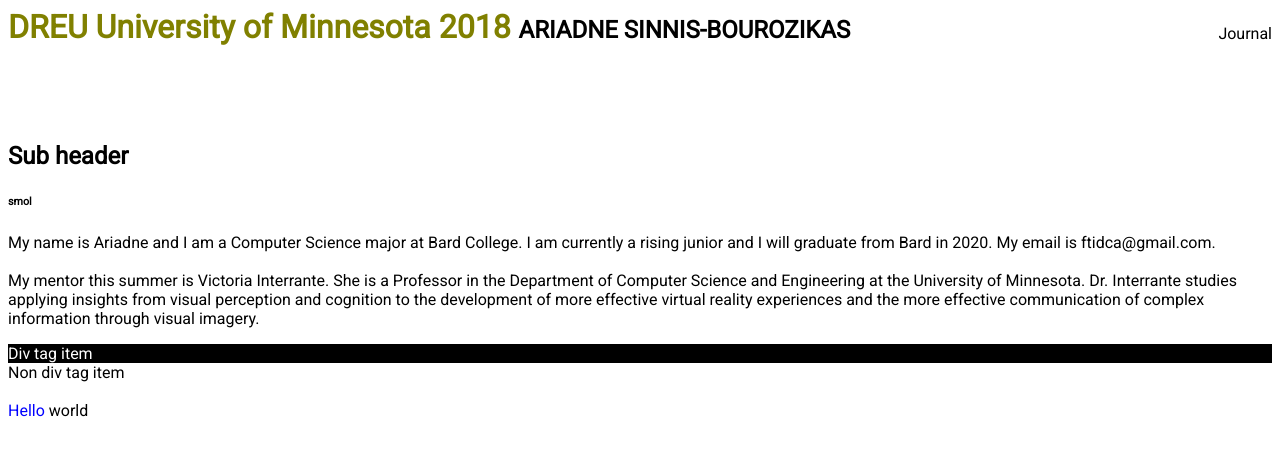
Repository: ariadnesb/dreu2018
Page: index.html
The author's editor kept a record of every edit. The page is drawn from the files as they stood at one moment, then again after the next edit.
The browser window is 1280 px wide. The pictures show the whole page.

Above is the page before.

### index.html
<!DOCTYPE html>
<html>
    <head>
        <title>It's me</title>
        <link rel="stylesheet" href="styles.css">
        <link href="https://fonts.googleapis.com/css?family=Roboto" rel="stylesheet">
    </head>

    <body>
        <div id="header">
            <h1>DREU University of Minnesota 2018 </h1>
            <h2>ARIADNE SINNIS-BOUROZIKAS</h2>

            <ul class="nav-bar">
                <li><a href="/journal.html">Journal</a></li>
                <!-- <li><a href="/contact.html">Contact</a></li> -->

        </div>


        <br><br>
        <br><br>


        <h2>Sub header</h2>
        <h6>smol</h6>

        <p>
        My name is Ariadne and I am a Computer Science major at Bard College. I am currently a rising junior and I will graduate from Bard in 2020. My email is ftidca@gmail.com.
        <br><br>
        My mentor this summer is Victoria Interrante. She is a Professor in the Department of Computer Science and Engineering at the University of Minnesota. Dr. Interrante studies applying insights from visual perception and cognition to the development of more effective virtual reality experiences and the more effective communication of complex information through visual imagery.
        </p>

        <!--- divs and spans can have 1 id but many classes -->
        <div id="custom-id">
            Div tag item
        </div>
        Non div tag item

        <br><br>
        <span class="custom-class">Hello</span> world



    </body>

</html>

### styles.css
html {
  /* everything that u put here will impact contents of <html>
  aka everything */
  font-family: 'Roboto', sans-serif;
  background-color: offwhite;

}

#custom-id {
    background-color: black;
    color: white;
}

.custom-class{
    color: blue;
    display: inline;

}

#name {
    color: #66D167;
}

#header h1 {
    display: inline;
    color: olive;
}

#header h2 {
    display: inline;
}

#header .nav-bar  {
    display: inline;
    float: right;
    list-style-type: none;
    /*margin: 0;*/
    padding: 0;

}

#header li {
    display: inline;
    padding: 0;
    background-color: none;
}

 a {
    text-decoration: none;
    display: inline;
    color: black;

}

 a:hover {
    background-color: olive;
    display: inline;
    color:white;
}

#emb_link {
    text-decoration: underline;
}

After the next edit:
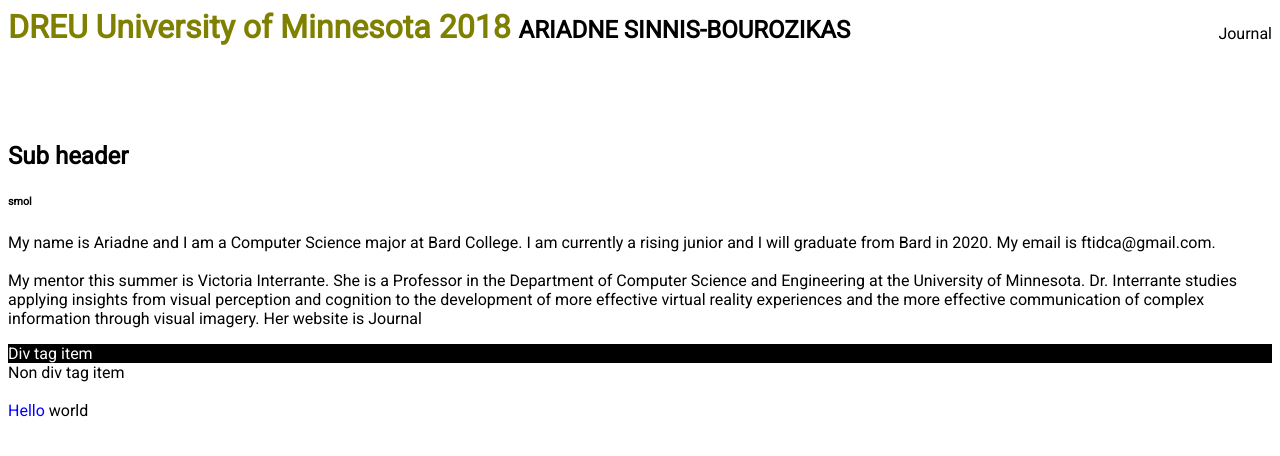
The edit:
--- a/index.html
+++ b/index.html
@@ -26,9 +26,10 @@
         <h6>smol</h6>
 
         <p>
-        My name is Ariadne and I am a Computer Science major at Bard College. I am currently a rising junior and I will graduate from Bard in 2020. My email is ftidca@gmail.com.
+        My name is Ariadne and I am a Computer Science major at Bard College. I am currently
+        a rising junior and I will graduate from Bard in 2020. My email is ftidca@gmail.com.
         <br><br>
-        My mentor this summer is Victoria Interrante. She is a Professor in the Department of Computer Science and Engineering at the University of Minnesota. Dr. Interrante studies applying insights from visual perception and cognition to the development of more effective virtual reality experiences and the more effective communication of complex information through visual imagery.
+        My mentor this summer is Victoria Interrante. She is a Professor in the Department of Computer Science and Engineering at the University of Minnesota. Dr. Interrante studies applying insights from visual perception and cognition to the development of more effective virtual reality experiences and the more effective communication of complex information through visual imagery. Her website is <a href="/journal.html">Journal</a>
         </p>
 
         <!--- divs and spans can have 1 id but many classes -->
